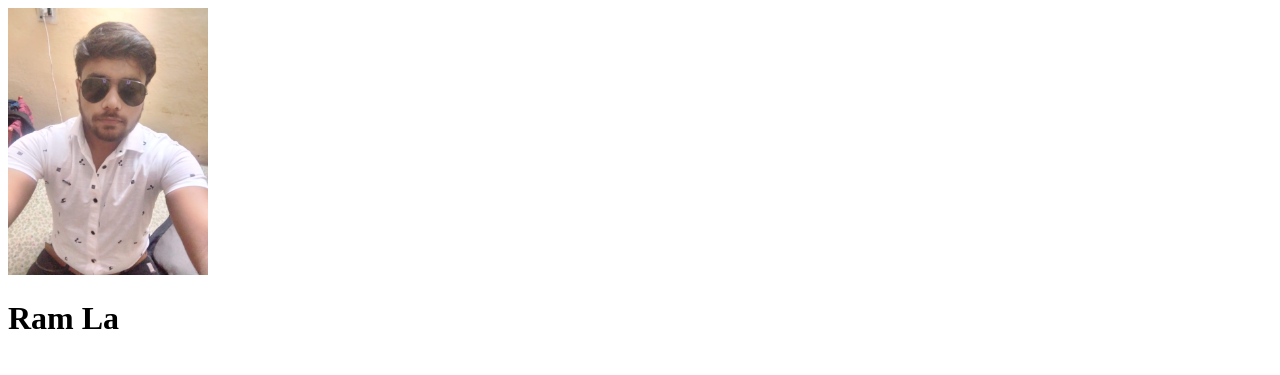
Repository: ramlakhan1/resume1
Page: resume.html
An editor plug-in stored every save of this project. The page is shown before and after a run of saves, followed by the edit.
The browser window is 1280 px wide. The pictures show the whole page.

Above is the page before, as saved 2022-11-05 14:14:24.

After the next 4 saves:
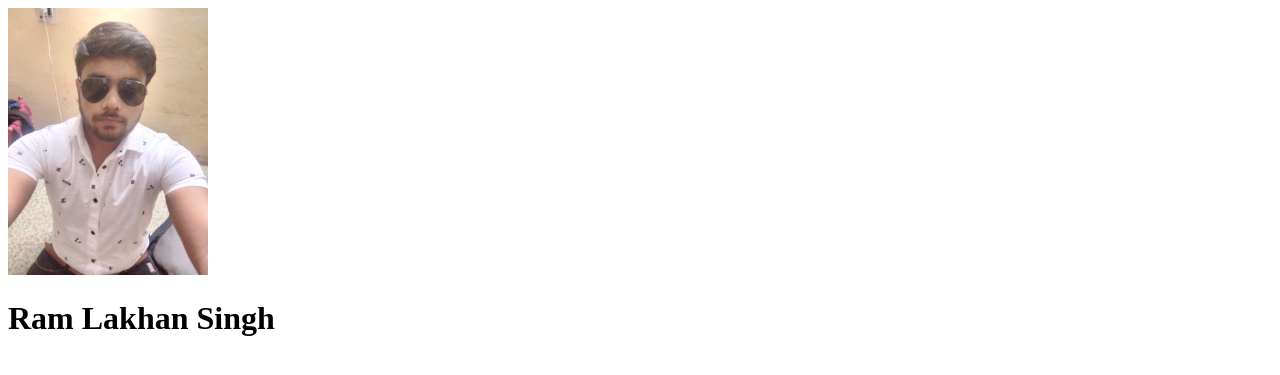
The 4 saves are shown as one change because they came seconds apart.
The last was saved 12 s later.
--- a/resume.html
+++ b/resume.html
@@ -8,6 +8,7 @@
 </head>
 <body>
     <img width="200" src="2.jpg" alt="Ram Lakhan photo">
-    <h1>Ram La</h1>
+    <h1>Ram Lakhan Singh</h1>
+    <p><i></i></p>
 </body>
 </html>
